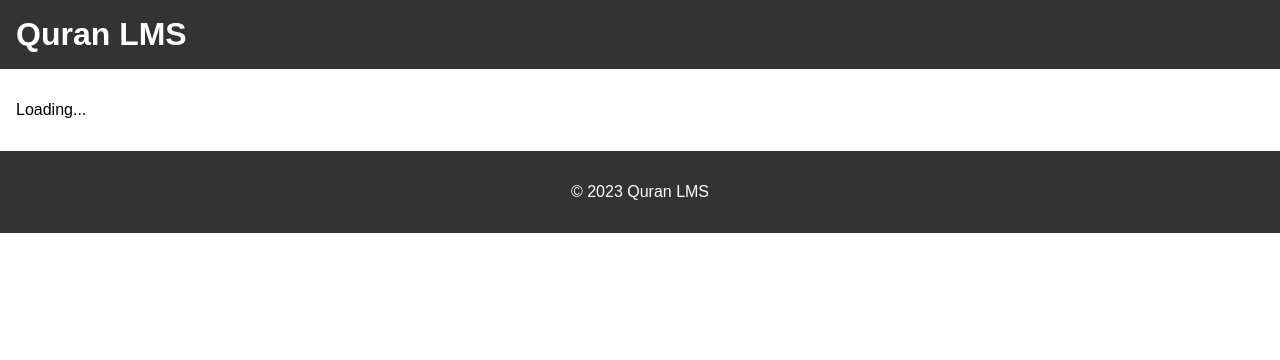
Repository: talha-mahmood/Quran-Lms-react
Page: /
An editor plug-in stored every save of this project. The page is shown before and after a run of saves, followed by the edit.
The browser window is 1280 px wide. The pictures show the whole page.
The page's requests for data from a server got no answer. The project was rebuilt for these pictures with package versions that can differ from the ones it lists, and the page was loaded fresh each time. No one was signed in, and anything a server would have sent is missing.

Above is the page before, as saved 2023-03-08 00:15:41.

### public/index.html
<!DOCTYPE html>
<html lang="en">
  <head>
    <meta charset="utf-8" />
    <link rel="icon" href="%PUBLIC_URL%/favicon.ico" />
    <meta name="viewport" content="width=device-width, initial-scale=1" />
    <meta name="theme-color" content="#000000" />
    <meta
      name="description"
      content="Web site created using create-react-app"
    />

    <link rel="apple-touch-icon" href="%PUBLIC_URL%/logo192.png" />
    <!--
      manifest.json provides metadata used when your web app is installed on a
      user's mobile device or desktop. See https://developers.google.com/web/fundamentals/web-app-manifest/
    -->
    <link rel="manifest" href="%PUBLIC_URL%/manifest.json" />
    <!--
      Notice the use of %PUBLIC_URL% in the tags above.
      It will be replaced with the URL of the `public` folder during the build.
      Only files inside the `public` folder can be referenced from the HTML.

      Unlike "/favicon.ico" or "favicon.ico", "%PUBLIC_URL%/favicon.ico" will
      work correctly both with client-side routing and a non-root public URL.
      Learn how to configure a non-root public URL by running `npm run build`.
    -->
    <title>React App</title>
  </head>
  <body>
    <noscript>You need to enable JavaScript to run this app.</noscript>
    <div id="root"></div>

    <!--
      This HTML file is a template.
      If you open it directly in the browser, you will see an empty page.

      You can add webfonts, meta tags, or analytics to this file.
      The build step will place the bundled scripts into the <body> tag.

      To begin the development, run `npm start` or `yarn start`.
      To create a production bundle, use `npm run build` or `yarn build`.
    -->
  </body>
</html>

### src/App.js
import './App.css';
import React,{Component} from 'react';
class QuranLMS extends Component {
  state = {
    verses: [],
    isLoading: true
  };

  async componentDidMount() {
    const response = await fetch("https://api.quran.com/api/v4/quran/verses/uthmani?chapter_number=1");
    const data = await response.json();
    this.setState({
      verses: data.verses,
      isLoading: false
    });
  }

  render() {
    const { verses, isLoading } = this.state;
    return (
      <div>
        <header>
          <h1>Quran LMS</h1>
        </header>
        <main>
          {isLoading ? (
            <p>Loading...</p>
          ) : (
            verses.map((verse) => (
              <p key={verse.id}>{verse.text_uthmani}</p>
            ))
          )}
        </main>
        <footer>
          <p>&copy; 2023 Quran LMS</p>
        </footer>
      </div>
    );
  }
}

export default QuranLMS;

### src/App.css
body {
  font-family: Arial, sans-serif;
  margin: 0;
}

header {
  background-color: #333;
  color: #fff;
  padding: 1em;
}

header h1 {
  margin: 0;
}

main {
  padding: 1em;
}

footer {
  background-color: #333;
  color: #fff;
  padding: 1em;
  text-align: center;
}

Loaded but not shown: src/index.js (common file); src/index.css (common file); src/reportWebVitals.js (common file)

After the next 4 saves:
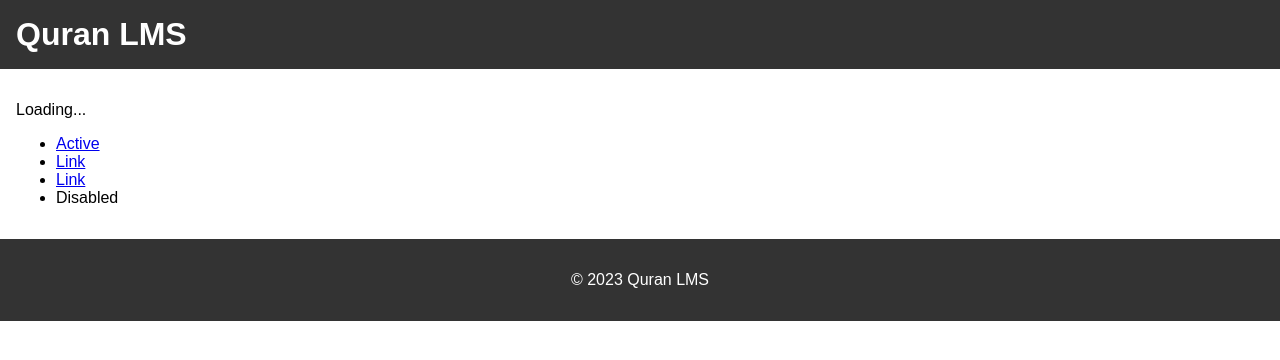
The 4 saves are shown as one change because they came seconds apart.
The last was saved 5 min 38 s later.
--- a/src/App.js
+++ b/src/App.js
@@ -30,6 +30,22 @@
               <p key={verse.id}>{verse.text_uthmani}</p>
             ))
           )}
+          <div>
+          <ul class="nav flex-column">
+  <li class="nav-item">
+    <a class="nav-link active" aria-current="page" href="#">Active</a>
+  </li>
+  <li class="nav-item">
+    <a class="nav-link" href="#">Link</a>
+  </li>
+  <li class="nav-item">
+    <a class="nav-link" href="#">Link</a>
+  </li>
+  <li class="nav-item">
+    <a class="nav-link disabled">Disabled</a>
+  </li>
+</ul>
+          </div>
         </main>
         <footer>
           <p>&copy; 2023 Quran LMS</p>

After the 6 saves that followed:
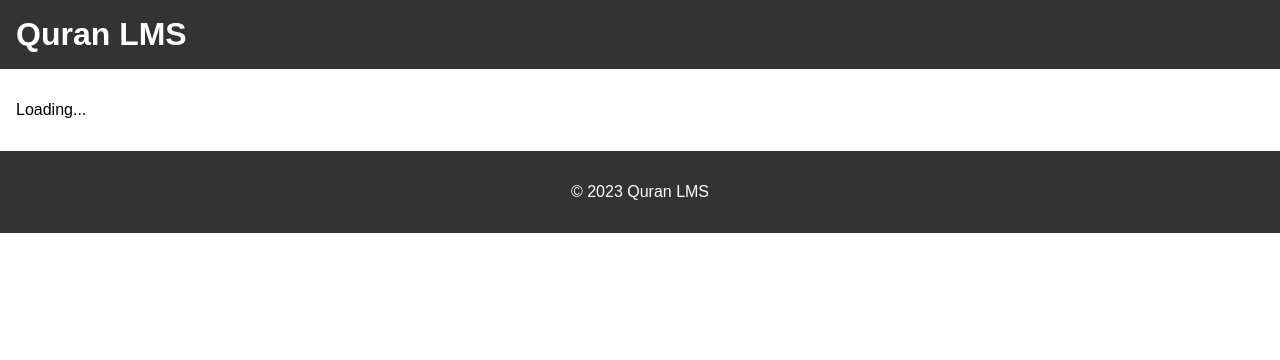
The 6 saves are shown as one change because 3 did not build or start and some came seconds apart.
The last was saved 4 min 47 s later.
--- a/src/App.js
+++ b/src/App.js
@@ -30,22 +30,6 @@
               <p key={verse.id}>{verse.text_uthmani}</p>
             ))
           )}
-          <div>
-          <ul class="nav flex-column">
-  <li class="nav-item">
-    <a class="nav-link active" aria-current="page" href="#">Active</a>
-  </li>
-  <li class="nav-item">
-    <a class="nav-link" href="#">Link</a>
-  </li>
-  <li class="nav-item">
-    <a class="nav-link" href="#">Link</a>
-  </li>
-  <li class="nav-item">
-    <a class="nav-link disabled">Disabled</a>
-  </li>
-</ul>
-          </div>
         </main>
         <footer>
           <p>&copy; 2023 Quran LMS</p>
